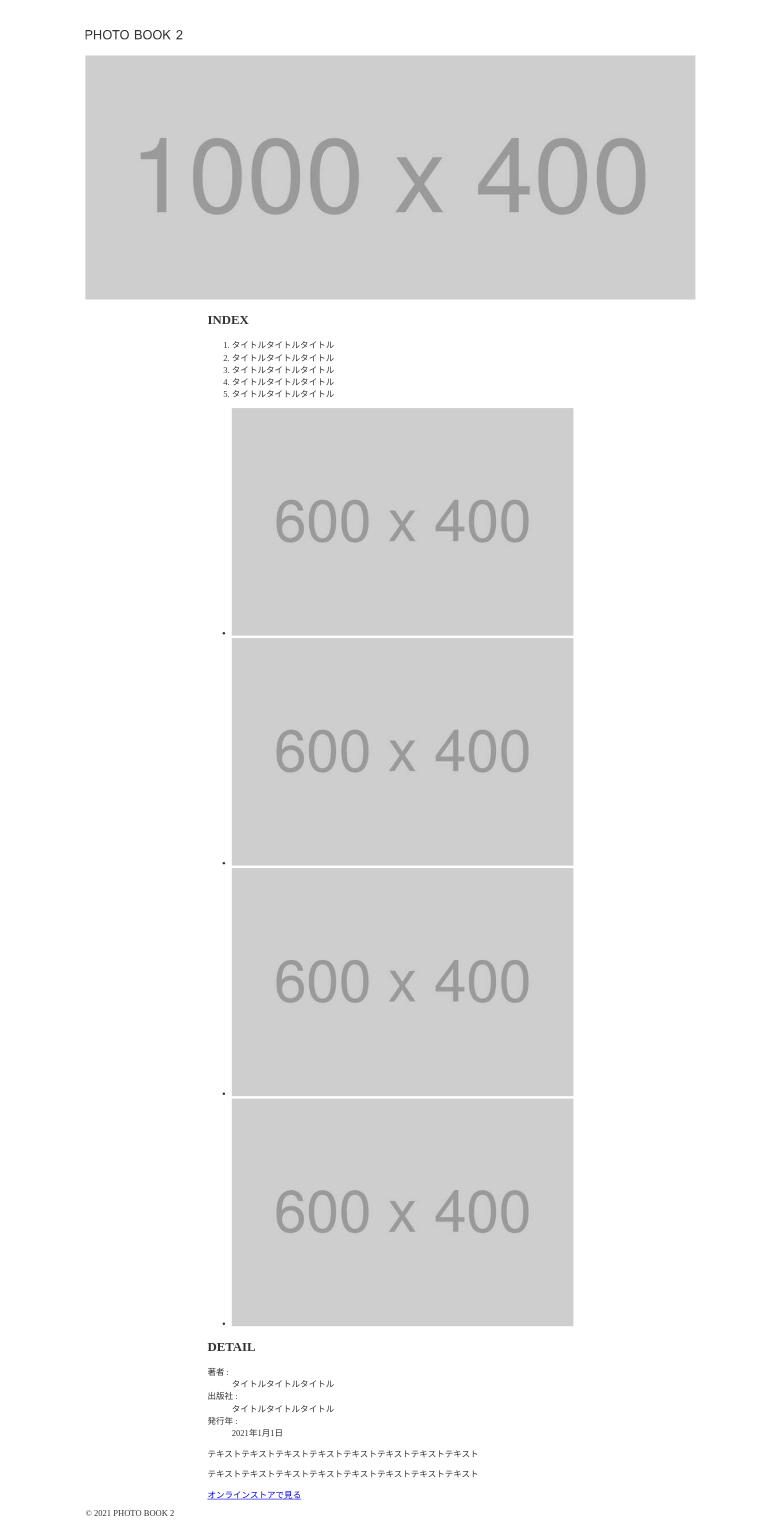
Repository: Fuki-san/photo-book-2
Page: http://localhost/photobook
An editor plug-in stored every save of this project. The page is shown before and after a run of saves, followed by the edit.
The browser window is 1280 px wide. The pictures show the whole page, at 61% of full size.
The page is served by the project's Laravel application, run on PHP 8.4 with Laravel 10. Other server files are loaded and not shown.

Above is the page before, as saved 2023-11-30 11:41:16.

### routes/web.php
<?php

use Illuminate\Support\Facades\Route;

/*
|--------------------------------------------------------------------------
| Web Routes
|--------------------------------------------------------------------------
|
| Here is where you can register web routes for your application. These
| routes are loaded by the RouteServiceProvider and all of them will
| be assigned to the "web" middleware group. Make something great!
|
*/

Route::get('/', function () {
    return view('welcome');
});

Route::get('photobook', function() {
    return view('photobook');
})->name('photobook');

### resources/views/photobook.blade.php
@extends('layouts.main')

@section('title', 'photobook')

@section('content')
    <div class="container">
        <header id="header">
            <h1 class="site-title"><a href="#"><img src="img/logo.svg" alt=""></a></h1>
        </header>

        <main>

            <div id="mainvisual">
                <img src="img/mainvisual.jpg" alt="">
            </div>

            <section id="index">
                <div class="inner">
                    <h2 class="sec-title">INDEX</h2>
                    <div class="index-inner">
                        <ol class="index-list">
                            <li>タイトルタイトルタイトル</li>
                            <li>タイトルタイトルタイトル</li>
                            <li>タイトルタイトルタイトル</li>
                            <li>タイトルタイトルタイトル</li>
                            <li>タイトルタイトルタイトル</li>
                        </ol>
                    </div>
                </div>
            </section>

                <div class="inner">
                    <ul class="list">
                        <li><img src="img/photo1.jpg" alt=""></li>
                        <li><img src="img/photo2.jpg" alt=""></li>
                        <li><img src="img/photo3.jpg" alt=""></li>
                        <li><img src="img/photo4.jpg" alt=""></li>
                    </ul>
                </div>

            <section id="detail">
                <div class="inner">
                    <h2 class="sec-title">DETAIL</h2>
                    <div class="flex">
                        <dl>
                            <dt>著者 : </dt>
                            <dd>タイトルタイトルタイトル</dd>
                            <dt>出版社 : </dt>
                            <dd>タイトルタイトルタイトル</dd>
                            <dt>発行年 : </dt>
                            <dd>2021年1月1日</dd>
                        </dl>
                        <div class="text">
                            <p>テキストテキストテキストテキストテキストテキストテキストテキスト</p>
                            <p>テキストテキストテキストテキストテキストテキストテキストテキスト</p>
                            <a href="#" class="link" target="_blank" rel="noopener noreferrer">オンラインストアで見る</a>
                        </div>
                    </div>
                </div>
            </section>
        </main>

        <footer id="footer">
            <p>&copy; 2021 PHOTO BOOK 2</p>
        </footer>

    </div>
@endsection

### resources/views/layouts/main.blade.php
<!DOCTYPE html>
<html lang="ja">
<head>
    <meta charset="UTF-8">
    <meta name="viewport" content="width=device-width, initial-scale=1.0">
    <meta http-equiv="X-UA-Compatible" content="ie=edge">
    <link rel="stylesheet" href="{{ asset('css/reset.css') }}">
    <link rel="stylesheet" href="{{ asset('css/style.css') }}">
    <link rel="icon" href="img/favicon.ico">
    <title>@yield('title')</title>
</head>
<body>
    @yield('content')
</body>
</html>

### public/css/style.css
@charset "utf-8";

html{
    font-size: 100%;
}
body{
    color: #333;
    font-size: 0.875rem;
}
img{
    max-width: 100%;
}
.container{
    max-width: 1000px;
    margin: 0 auto;
}
.inner{
    margin: 0 auto;
    max-width: 600px;
}

/* header */
#header{
    margin-top: 40px;
}
#header .site-title{
    width: 160px;
}
#header .site-title a{
    display: block;
}
#header

### public/img/logo.svg
<?xml version="1.0" encoding="utf-8"?>
<!-- Generator: Adobe Illustrator 15.1.0, SVG Export Plug-In . SVG Version: 6.00 Build 0)  -->
<!DOCTYPE svg PUBLIC "-//W3C//DTD SVG 1.1//EN" "http://www.w3.org/Graphics/SVG/1.1/DTD/svg11.dtd">
<svg version="1.1" id="レイヤー_1" xmlns="http://www.w3.org/2000/svg" xmlns:xlink="http://www.w3.org/1999/xlink" x="0px"
	 y="0px" width="1600px" height="156px" viewBox="0 0 1600 156" enable-background="new 0 0 1600 156" xml:space="preserve">
<g>
	<path fill="#333333" d="M0,152.092V2.65h56.373c9.92,0,17.498,0.477,22.731,1.428c7.34,1.223,13.49,3.552,18.451,6.982
		c4.96,3.433,8.953,8.241,11.978,14.425c3.022,6.185,4.536,12.98,4.536,20.387c0,12.709-4.043,23.463-12.129,32.264
		c-8.09,8.802-22.699,13.202-43.834,13.202h-38.33v60.754H0z M19.775,73.702h38.636c12.775,0,21.847-2.379,27.217-7.136
		c5.369-4.757,8.053-11.451,8.053-20.082c0-6.252-1.581-11.604-4.741-16.056c-3.16-4.45-7.324-7.391-12.487-8.817
		c-3.33-0.883-9.481-1.325-18.452-1.325H19.775V73.702z"/>
	<path fill="#333333" d="M139.859,152.092V2.65h19.776v61.367h77.677V2.65h19.775v149.441h-19.775V81.652h-77.677v70.439H139.859z"
		/>
	<path fill="#333333" d="M288.174,79.309c0-24.805,6.66-44.224,19.98-58.258C321.473,7.019,338.667,0,359.735,0
		c13.795,0,26.232,3.298,37.309,9.889c11.076,6.593,19.521,15.784,25.332,27.574c5.811,11.791,8.716,25.163,8.716,40.112
		c0,15.155-3.059,28.713-9.175,40.674c-6.116,11.961-14.781,21.016-25.993,27.166c-11.214,6.15-23.311,9.226-36.291,9.226
		c-14.067,0-26.641-3.398-37.717-10.194c-11.079-6.794-19.471-16.071-25.179-27.829C291.029,104.86,288.174,92.425,288.174,79.309z
		 M308.562,79.614c0,18.01,4.843,32.197,14.527,42.559c9.684,10.364,21.831,15.546,36.442,15.546
		c14.884,0,27.131-5.231,36.75-15.699c9.615-10.464,14.423-25.313,14.423-44.546c0-12.165-2.057-22.784-6.167-31.856
		c-4.112-9.071-10.126-16.106-18.043-21.101c-7.917-4.995-16.804-7.493-26.656-7.493c-14,0-26.046,4.81-36.137,14.425
		C313.608,41.065,308.562,57.121,308.562,79.614z"/>
	<path fill="#333333" d="M490.425,152.092V20.286h-49.237V2.65h118.451v17.636h-49.439v131.806H490.425z"/>
	<path fill="#333333" d="M570.14,79.309c0-24.805,6.658-44.224,19.979-58.258C603.438,7.019,620.632,0,641.7,0
		c13.794,0,26.23,3.298,37.309,9.889c11.076,6.593,19.522,15.784,25.331,27.574c5.813,11.791,8.717,25.163,8.717,40.112
		c0,15.155-3.059,28.713-9.176,40.674c-6.114,11.961-14.779,21.016-25.992,27.166s-23.311,9.226-36.291,9.226
		c-14.068,0-26.641-3.398-37.717-10.194c-11.078-6.794-19.47-16.071-25.179-27.829C572.994,104.86,570.14,92.425,570.14,79.309z
		 M590.526,79.614c0,18.01,4.843,32.197,14.527,42.559c9.685,10.364,21.83,15.546,36.442,15.546
		c14.883,0,27.132-5.231,36.748-15.699c9.615-10.464,14.424-25.313,14.424-44.546c0-12.165-2.057-22.784-6.166-31.856
		c-4.113-9.071-10.127-16.106-18.043-21.101c-7.918-4.995-16.804-7.493-26.658-7.493c-14,0-26.044,4.81-36.136,14.425
		C595.572,41.065,590.526,57.121,590.526,79.614z"/>
	<path fill="#333333" d="M812.43,152.092V2.65h56.066c11.416,0,20.573,1.514,27.472,4.537c6.896,3.024,12.3,7.68,16.209,13.966
		c3.907,6.286,5.861,12.861,5.861,19.724c0,6.39-1.732,12.404-5.198,18.044c-3.467,5.641-8.7,10.193-15.7,13.659
		c9.039,2.65,15.987,7.172,20.848,13.558c4.857,6.389,7.289,13.933,7.289,22.631c0,7-1.479,13.506-4.435,19.521
		c-2.957,6.016-6.612,10.652-10.958,13.915c-4.352,3.261-9.806,5.726-16.363,7.391c-6.558,1.666-14.593,2.497-24.106,2.497H812.43z
		 M832.206,65.444h32.313c8.768,0,15.053-0.576,18.859-1.733c5.027-1.493,8.818-3.975,11.366-7.439
		c2.548-3.468,3.822-7.815,3.822-13.049c0-4.961-1.188-9.328-3.567-13.099c-2.38-3.773-5.776-6.354-10.192-7.748
		c-4.419-1.393-11.997-2.09-22.733-2.09h-29.868V65.444z M832.206,134.457h37.208c6.386,0,10.872-0.237,13.455-0.715
		c4.552-0.814,8.358-2.173,11.417-4.077c3.058-1.901,5.571-4.672,7.544-8.308c1.971-3.634,2.956-7.832,2.956-12.589
		c0-5.571-1.428-10.414-4.281-14.526c-2.854-4.111-6.814-6.999-11.876-8.665c-5.063-1.664-12.354-2.497-21.865-2.497h-34.558
		V134.457z"/>
	<path fill="#333333" d="M946.479,79.309c0-24.805,6.659-44.224,19.979-58.258C979.776,7.019,996.972,0,1018.039,0
		c13.794,0,26.23,3.298,37.309,9.889c11.077,6.593,19.521,15.784,25.331,27.574c5.812,11.791,8.717,25.163,8.717,40.112
		c0,15.155-3.058,28.713-9.175,40.674s-14.781,21.016-25.994,27.166s-23.311,9.226-36.29,9.226
		c-14.068,0-26.641-3.398-37.717-10.194c-11.078-6.794-19.47-16.071-25.18-27.829C949.332,104.86,946.479,92.425,946.479,79.309z
		 M966.865,79.614c0,18.01,4.842,32.197,14.526,42.559c9.685,10.364,21.83,15.546,36.442,15.546
		c14.884,0,27.133-5.231,36.749-15.699c9.615-10.464,14.424-25.313,14.424-44.546c0-12.165-2.057-22.784-6.166-31.856
		c-4.113-9.071-10.127-16.106-18.044-21.101c-7.917-4.995-16.803-7.493-26.657-7.493c-14.001,0-26.044,4.81-36.136,14.425
		C971.91,41.065,966.865,57.121,966.865,79.614z"/>
	<path fill="#333333" d="M1108.865,79.309c0-24.805,6.66-44.224,19.979-58.258C1142.163,7.019,1159.357,0,1180.426,0
		c13.794,0,26.23,3.298,37.31,9.889c11.076,6.593,19.521,15.784,25.332,27.574c5.811,11.791,8.715,25.163,8.715,40.112
		c0,15.155-3.059,28.713-9.175,40.674c-6.115,11.961-14.779,21.016-25.993,27.166s-23.312,9.226-36.29,9.226
		c-14.068,0-26.642-3.398-37.719-10.194c-11.078-6.794-19.469-16.071-25.177-27.829
		C1111.719,104.86,1108.865,92.425,1108.865,79.309z M1129.254,79.614c0,18.01,4.842,32.197,14.525,42.559
		c9.684,10.364,21.831,15.546,36.442,15.546c14.882,0,27.131-5.231,36.749-15.699c9.615-10.464,14.424-25.313,14.424-44.546
		c0-12.165-2.057-22.784-6.167-31.856c-4.113-9.071-10.127-16.106-18.043-21.101c-7.917-4.995-16.804-7.493-26.658-7.493
		c-13.999,0-26.044,4.81-36.135,14.425C1134.298,41.065,1129.254,57.121,1129.254,79.614z"/>
	<path fill="#333333" d="M1276.45,152.092V2.65h19.776V76.76l74.211-74.109h26.81l-62.691,60.552l65.444,88.89h-26.096
		l-53.213-75.638l-24.465,23.854v51.784H1276.45z"/>
</g>
<path fill="#333333" d="M1588.863,134.712v17.636h-98.777c-0.138-4.417,0.575-8.665,2.14-12.743
	c2.514-6.728,6.54-13.354,12.079-19.878c5.539-6.523,13.541-14.067,24.008-22.63c16.242-13.319,27.218-23.87,32.926-31.652
	c5.709-7.78,8.563-15.138,8.563-22.069c0-7.271-2.601-13.405-7.799-18.4c-5.199-4.995-11.978-7.492-20.337-7.492
	c-8.835,0-15.902,2.65-21.203,7.951s-7.986,12.641-8.053,22.019l-18.859-1.937c1.29-14.067,6.149-24.787,14.577-32.162
	c8.427-7.373,19.741-11.061,33.946-11.061c14.338,0,25.688,3.976,34.048,11.927c8.358,7.951,12.538,17.807,12.538,29.563
	c0,5.981-1.224,11.86-3.67,17.636c-2.446,5.776-6.508,11.86-12.182,18.247c-5.676,6.389-15.104,15.155-28.288,26.3
	c-11.009,9.243-18.078,15.513-21.203,18.808c-3.127,3.298-5.708,6.61-7.747,9.939H1588.863z"/>
</svg>

After the next 2 saves:
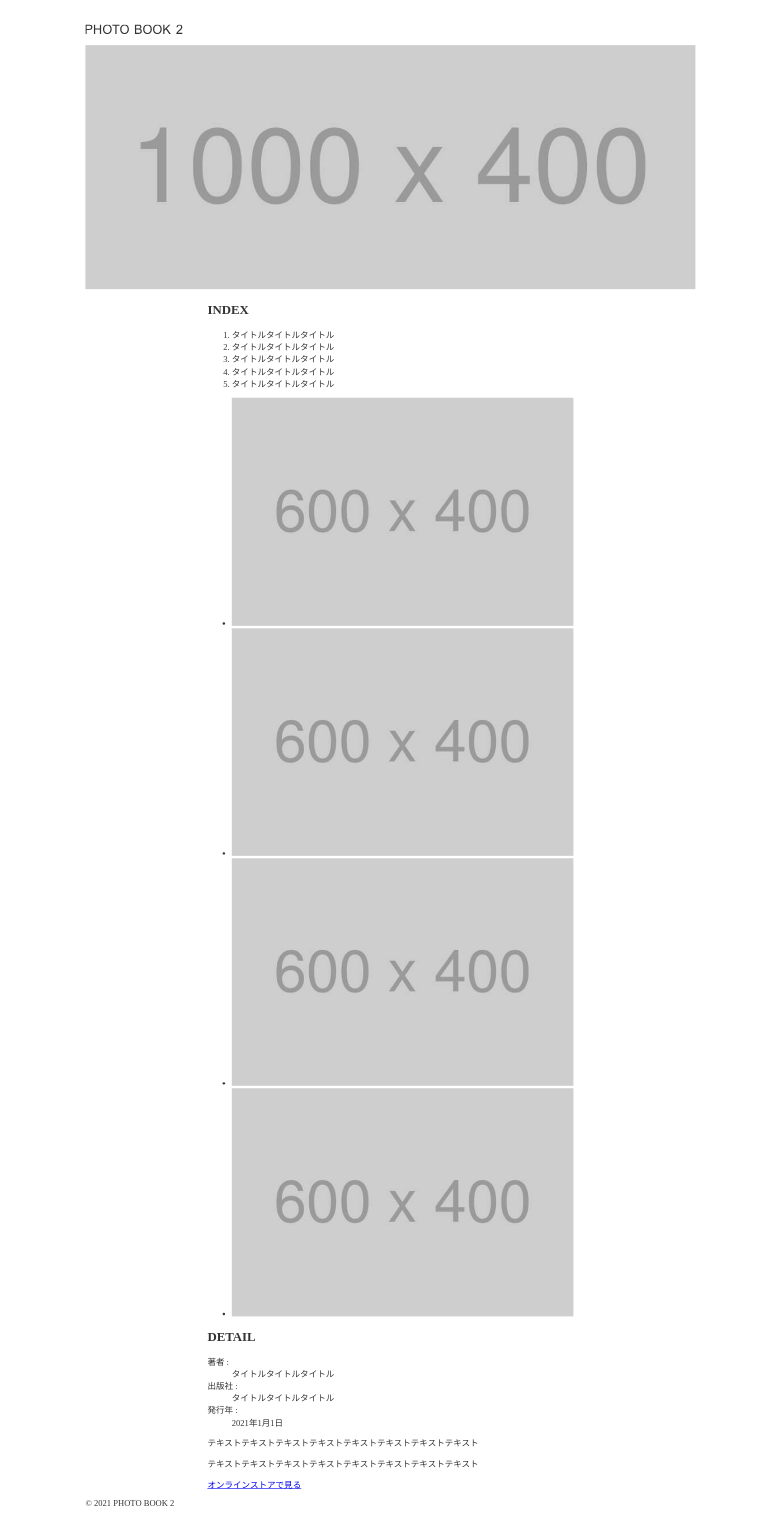
The 2 saves are shown as one change because they came seconds apart.
The last was saved 7 s later.
--- a/public/css/style.css
+++ b/public/css/style.css
@@ -25,6 +25,7 @@ img{
 }
 #header .site-title{
     width: 160px;
+    line-height: 1px;
 }
 #header .site-title a{
     display: block;
